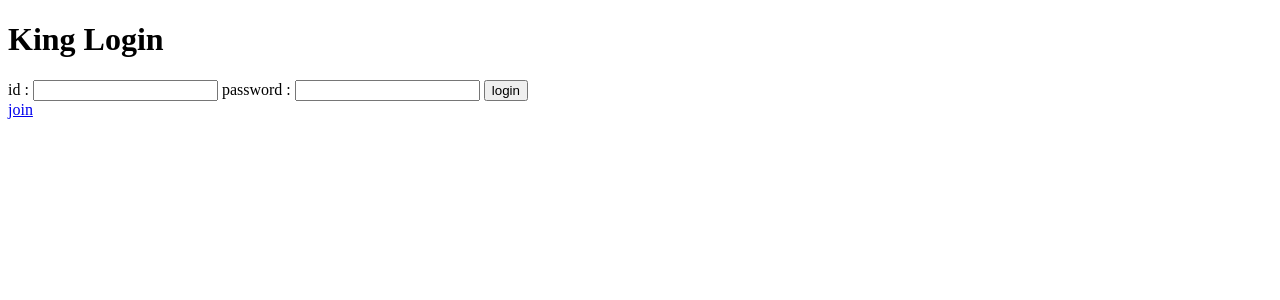
Repository: Dog-voice/king
Page: http://localhost/jsp.KING/
An editor plug-in stored every save of this project. The page is shown before and after the next save, followed by the edit.
The browser window is 1280 px wide. The pictures show the whole page.
The page is served by Tomcat 9.

Above is the page before, as saved 2022-08-25 06:58:51.

After the next save:
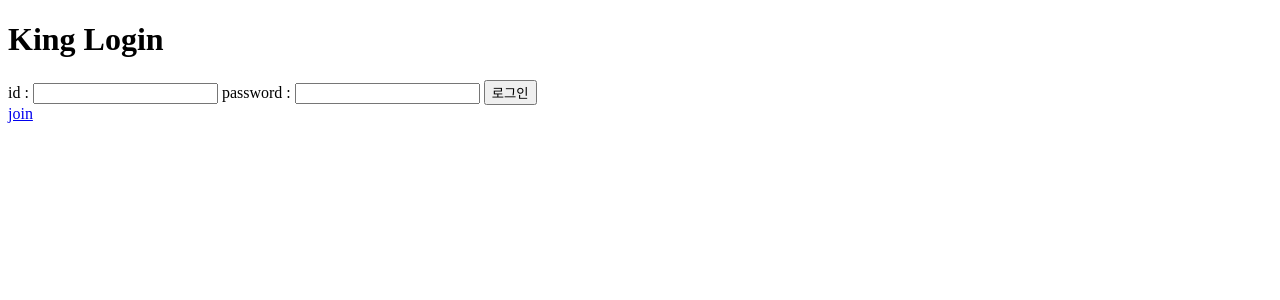
Saved 56 s later.
--- a/22-08-29 로그인&게시판(실패)/jsp.KING/src/main/webapp/index.jsp
+++ b/22-08-29 로그인&게시판(실패)/jsp.KING/src/main/webapp/index.jsp
@@ -13,7 +13,7 @@
 <form action="/mem/login" method="post">
 id : <input type="text" name="id">
 password : <input type="text" name="password">
-<button type="submit">login</button><br>
+<input type="submit" value="로그인"><br/>
 <a href ="/mem/join">join</a>
 </form>
 
